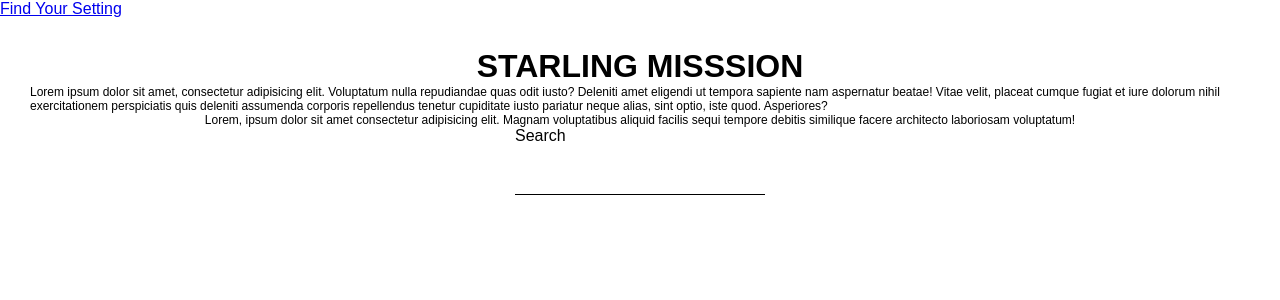
Repository: PJasiczek/vue-shop
Page: /
These files come from the project's save history. The page is drawn as it stood at one moment and after the next save; the edit follows.
The browser window is 1280 px wide. The pictures show the whole page.
Some web fonts or font styles are not loaded; a fallback is used. The project was rebuilt for these pictures with package versions that can differ from the ones it lists, and the page was loaded fresh each time.

Above is the page before, as saved 2020-04-06 15:57:46.

### src/App.vue
<template>
  <div class="app">
    <div class="nav">
      <router-link to="/">Find Your Setting</router-link>
    </div>
  <router-view/>
  </div>
</template>

<style lang="scss">
  @import url('https://fonts.googleapis.com/css2?family=Baloo+Thambi+2:wght@400;500;600;700;800&display=swap');

  *{
    margin: 0;
    padding: 0;
    box-sizing: border-box;
  }

  body{
    font-family: 'Baloo Thambi 2', sans-serif;
  }
</style>

### src/router/index.js
import Vue from 'vue';
import VueRouter from 'vue-router';
import Search from '../views/Search.vue';

Vue.use(VueRouter);

const routes = [
  {
    path: '/',
    name: 'Search',
    component: Search,
  },
];

const router = new VueRouter({
  routes,
});

export default router;

### src/views/Search.vue
<template>
  <div class="wrapper">
    <Claim/>
    <SearchInput/>
  </div>
</template>

<script>

import debounce from 'lodash/debounce';

import Claim from '@/components/Claim.vue';

import SearchInput from '@/components/SearchInput.vue';

const axios = require('axios');

const API = 'https://api.spacexdata.com/v3/launches?rocket_name=';

export default {
  name: 'Search',
  components: {
    Claim, SearchInput,
  },
  data() {
    return {
      searchValue: '',
      results: [],
    };
  },
  methods: {
    // eslint-disable-next-line
    handleInput: debounce(function() {
      axios.get(`${API}${this.searchValue}`)
        .then((response) => {
          this.results = response.data;
          console.log(response.data);
        }).catch((error) => {
          console.log(error);
        });
    }, 500),
  },
};
</script>

<style lang="scss" scoped>

.wrapper{
  display: flex;
  flex-direction: column;
  justify-content: center;
  align-items: center;
  margin: 0;
  padding: 30px;
  width: 100%;
}

</style>

### src/components/Claim.vue
<template>
  <div class="claimWrapper">
      <h1 class="claim">STARLING MISSSION</h1>
      <p class="subclaim">Lorem ipsum dolor sit amet, consectetur adipisicing elit. Voluptatum nulla repudiandae quas odit iusto? Deleniti amet eligendi ut tempora sapiente nam aspernatur beatae! Vitae velit, placeat cumque fugiat et iure dolorum nihil exercitationem perspiciatis quis deleniti assumenda corporis repellendus tenetur cupiditate iusto pariatur neque alias, sint optio, iste quod. Asperiores?</p>
      <p class="subclaim">Lorem, ipsum dolor sit amet consectetur adipisicing elit. Magnam voluptatibus aliquid facilis sequi tempore debitis similique facere architecto laboriosam voluptatum!</p>
  </div>
</template>

<script>
export default {
  name: 'Claim',
};
</script>
<style lang="scss" scoped>
.claimWrapper{
    display: flex;
    flex-direction: column;
    justify-content: center;
    align-items: center;

    .h1{

    }

    .subclaim{
        font-size: 12px;
    }
}

</style>

### src/components/SearchInput.vue
<template>
    <div class="searchWrapper">
      <label for="search">Search</label>
      <input id="search" name="search" v-model="searchValue" @input="handleInput"/>
    </div>
</template>

<script>
export default {
  name: 'SearchInput',
};
</script>
<style lang="scss" scoped>
.searchWrapper{
  display: flex;
  flex-direction: column;
  width: 250px;

  label{
    font-family: sans-serif;
  }

  input{
    height: 50px;
    border: 0;
    border-bottom: 1px solid black;
  }
}
</style>

Loaded but not shown: public/index.html (common file); src/main.js (common file)

After the next save:
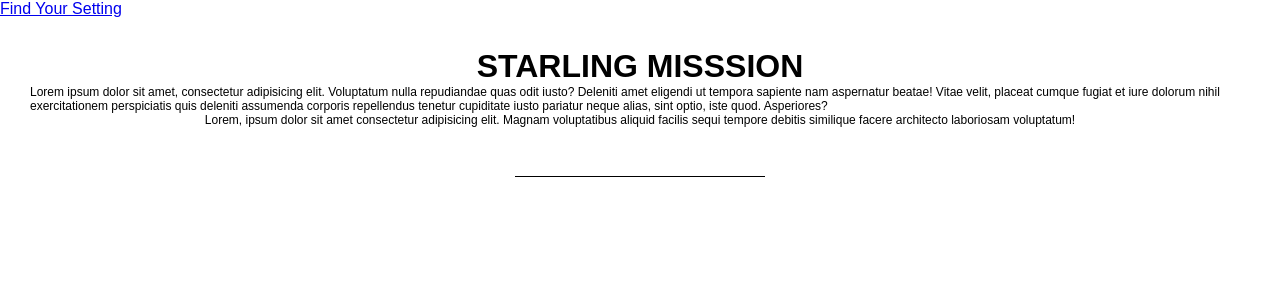
Saved 46 s later.
--- a/src/components/SearchInput.vue
+++ b/src/components/SearchInput.vue
@@ -1,6 +1,5 @@
 <template>
     <div class="searchWrapper">
-      <label for="search">Search</label>
       <input id="search" name="search" v-model="searchValue" @input="handleInput"/>
     </div>
 </template>
@@ -16,10 +15,6 @@
   flex-direction: column;
   width: 250px;
 
-  label{
-    font-family: sans-serif;
-  }
-
   input{
     height: 50px;
     border: 0;
